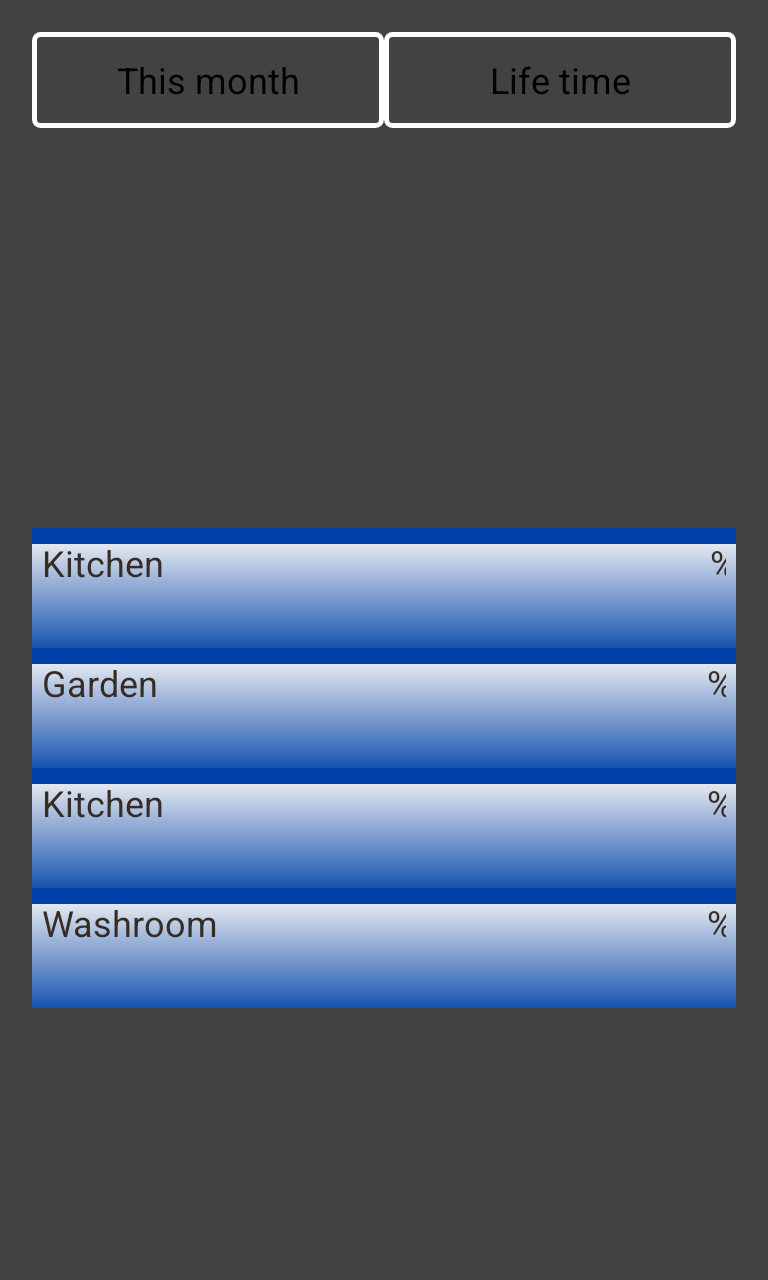
Repository: prabushitha/hydrosaver
Layout: hydrosaver/res/layout/activity_sections.xml
The author's editor kept a copy of each file at every save. The layout is drawn from the files as they stood at one save, then again after the next save.
It is drawn on a 768 x 1280 px phone screen (xhdpi) without system bars, with theme AppTheme; the app's code is not run.

Above is the layout before, as saved 2016-10-08 09:11:34.

After the next save:
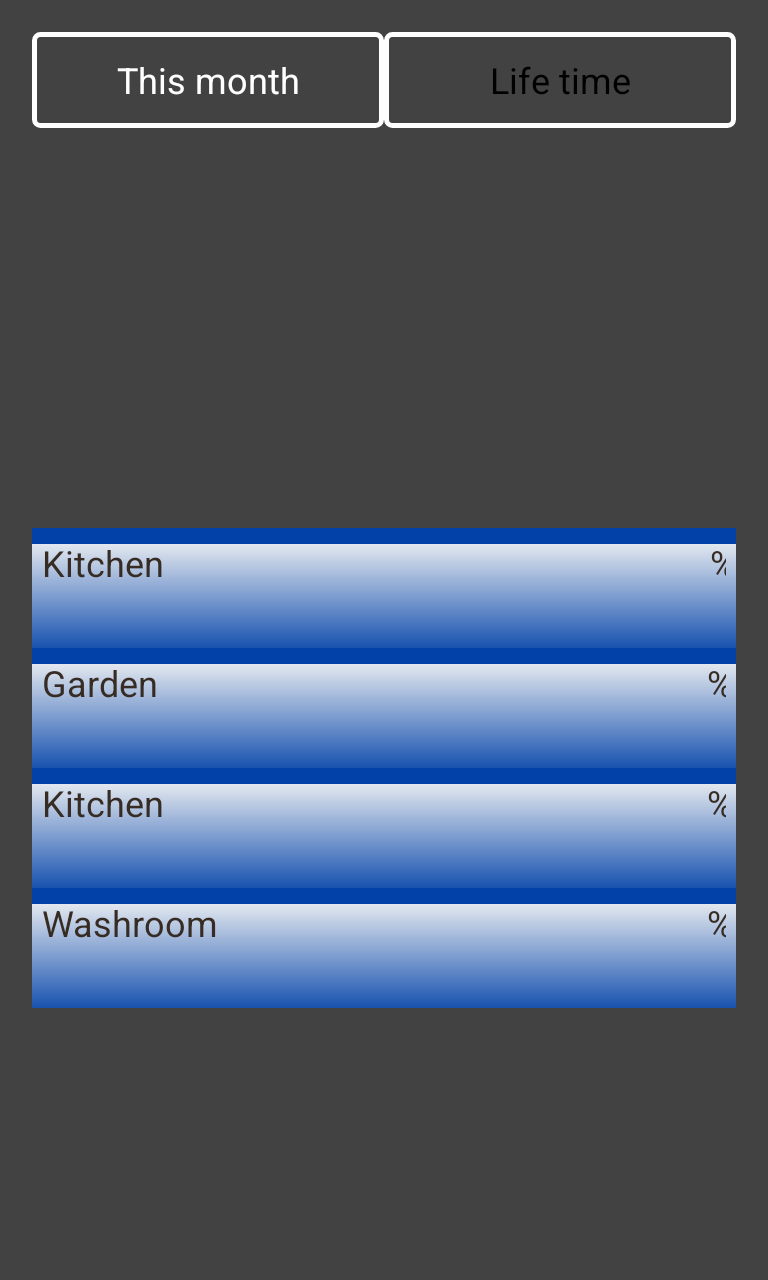
Saved 3 min 26 s later.
--- a/hydrosaver/res/layout/activity_sections.xml
+++ b/hydrosaver/res/layout/activity_sections.xml
@@ -20,6 +20,7 @@
 	                android:layout_weight="1"
 	                android:layout_height="wrap_content"
 	                android:background="@drawable/section_button"
+	                android:textColor="#FFFFFF"
 	                android:text="This month"/>
 	        <Button android:id="@+id/lifetime"
 	                 android:layout_width="0dp"
